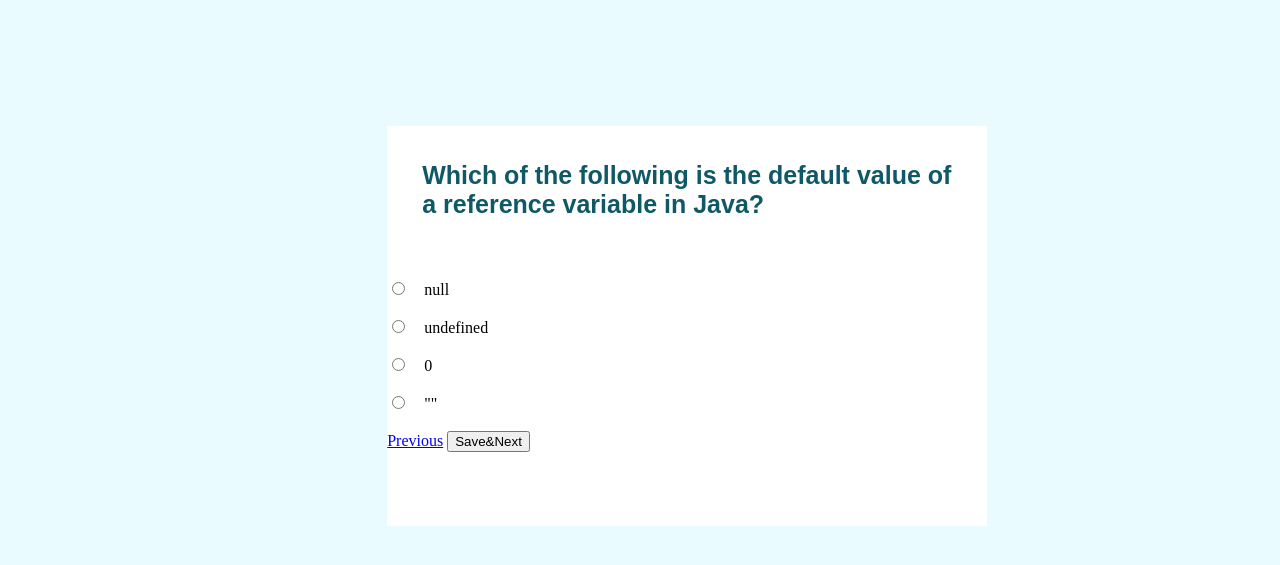
Repository: Rupali-8062Chourasiya5279/Internship_Task_Rupali
Page: Programming Language/quiz/QuizApp/src/main/webapp/Third.html
An editor plug-in stored every save of this project. The page is shown before and after the next save, followed by the edit.
The browser window is 1280 px wide. The pictures show the whole page.

Above is the page before, as saved 2025-01-24 13:57:18.

### Programming Language/quiz/QuizApp/src/main/webapp/Third.html
<!DOCTYPE html>
<html>
<head>
<meta charset="UTF-8">
<title>Que3</title>
<style>
body
{
background-color: #7ce0f4;
}
#div1
{
background-color: white;
height :400px ;
width : 600px;
margin-left: 30%;
margin-top: 10%;
}
 h3
 {
 padding:35px;
 font: bold;
 color: #0f5866;
 font-family: sans-serif;
 font-size: 25px;
 }
 #a{
 text-decoration: none;
 font: bold;
 color: white;
 background-color:#0f5866;
 font-family: sans-serif;
 padding:5px 10px 5px 10px;
 margin-left:50px;
 font-size: 15px;
 border-radius: 10px;
 }
 #sub
 {
 font: bold;
 color: white;
 background-color:#0f5866;
 font-family: sans-serif;
 float:right;
 padding:5px 10px 5px 10px;
 margin-right:100px;
 font-size: 15px;
 border-radius: 10px;
 }
 body
 {
 background-color: #e9fbfe;
 }
 .c1
 {
 margin-left: 50px;
 }
</style>
</head>
<body>
	<form action="Third" method="post">
	<div id="div1">
	<h3>Which of the following is the default value of a reference variable in Java?</h3>
	<input type="radio" name="q3" value="null">&emsp;null</input><br><br>
	<input type="radio" name="q3" value="undefined">&emsp;undefined</input><br><br>
	<input type="radio" name="q3" value="0">&emsp;0</input><br><br>
	<input type="radio" name="q3" value="">&emsp;""</input><br><br>
	<a href="Second.html">Previous</a>
	<input type="submit" value="Save&Next">
	</div>
	</form>
</body>
</html>

After the next save:
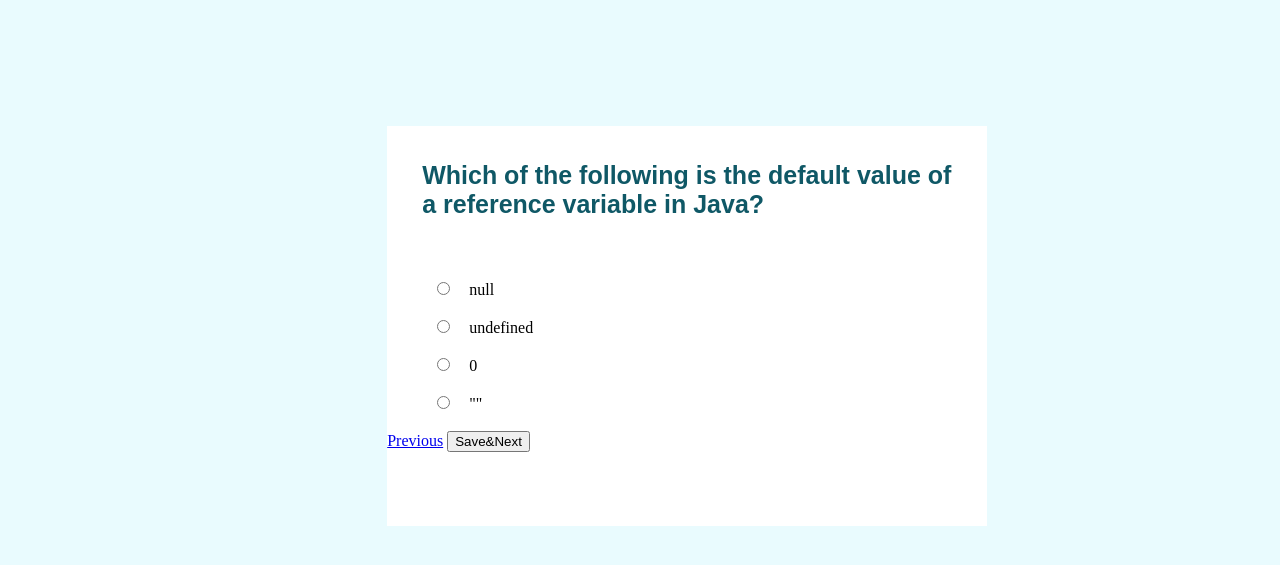
Saved 10 s later.
--- a/Programming Language/quiz/QuizApp/src/main/webapp/Third.html
+++ b/Programming Language/quiz/QuizApp/src/main/webapp/Third.html
@@ -61,10 +61,10 @@ margin-top: 10%;
 	<form action="Third" method="post">
 	<div id="div1">
 	<h3>Which of the following is the default value of a reference variable in Java?</h3>
-	<input type="radio" name="q3" value="null">&emsp;null</input><br><br>
-	<input type="radio" name="q3" value="undefined">&emsp;undefined</input><br><br>
-	<input type="radio" name="q3" value="0">&emsp;0</input><br><br>
-	<input type="radio" name="q3" value="">&emsp;""</input><br><br>
+	<input class="c1"  type="radio" name="q3" value="null">&emsp;null</input><br><br>
+	<input class="c1"  type="radio" name="q3" value="undefined">&emsp;undefined</input><br><br>
+	<input  class="c1" type="radio" name="q3" value="0">&emsp;0</input><br><br>
+	<input class="c1"  type="radio" name="q3" value="">&emsp;""</input><br><br>
 	<a href="Second.html">Previous</a>
 	<input type="submit" value="Save&Next">
 	</div>
